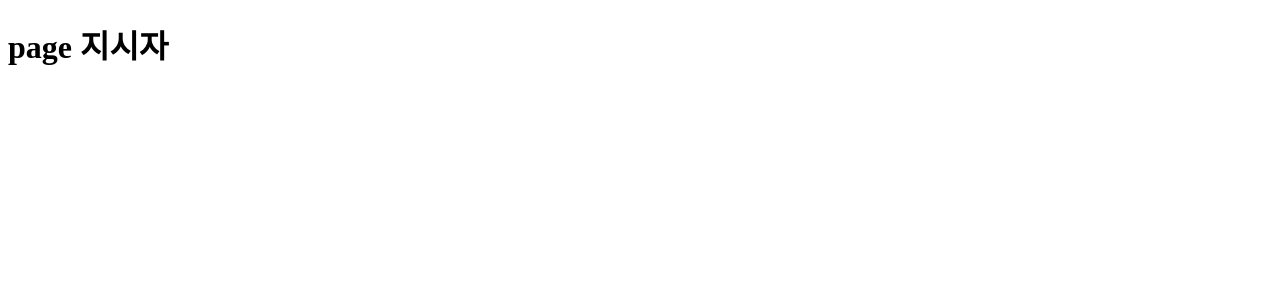
Repository: hyeye1/kh_webserverWorkspace
Page: http://localhost/2_JSP/views/02_directivePage.jsp
The author's editor kept a copy of each file at every save. The page is drawn from the files as they stood at one save, then again after the next save.
The browser window is 1280 px wide. The pictures show the whole page.
The page is served by Tomcat 9.

Above is the page before, as saved 2021-03-26 02:07:14.

After the next save:
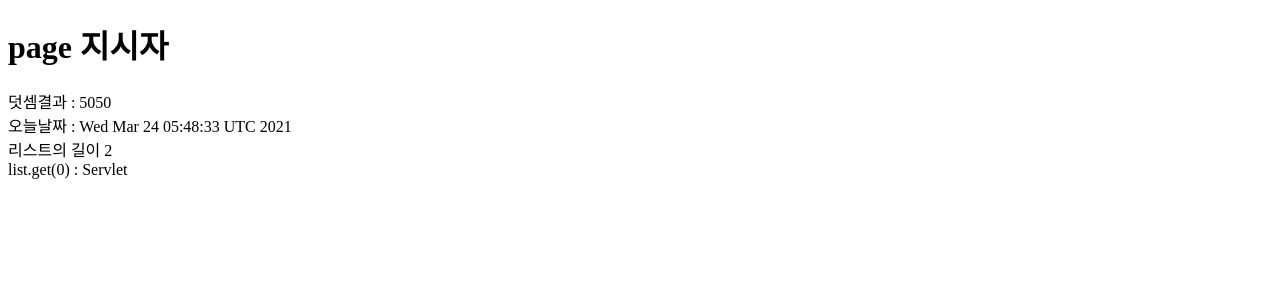
Saved 9 min 31 s later.
--- a/2_JSP/WebContent/views/02_directivePage.jsp
+++ b/2_JSP/WebContent/views/02_directivePage.jsp
@@ -1,5 +1,6 @@
 <%@ page language="java" contentType="text/html; charset=UTF-8"
-    pageEncoding="UTF-8" import="java.util.ArrayList"%>
+    pageEncoding="UTF-8" %>
+<%@ page import="java.util.ArrayList, java.util.Date"  %>
 <!DOCTYPE html>
 <html>
 <head>
@@ -17,8 +18,22 @@
 		}
 
 		ArrayList<String> list = new ArrayList<>();
+		list.add("Servlet"); // 0번 인덱스
+		list.add("JSP");	 // 1번 인덱스
+
+		Date today = new Date(); // 현재 날짜 (년월일시분초) == 시스템날짜
+
+	%>
+
+	<p>
+		덧셈결과 : <%= sum %> <br>
+		오늘날짜 : <%= today %> <br>
+		리스트의 길이 <%= list.size() %> <br>
+		list.get(0) : <%= list.get(0) %>
+	</p>
 
 
-	%>
+
+
 </body>
 </html>
